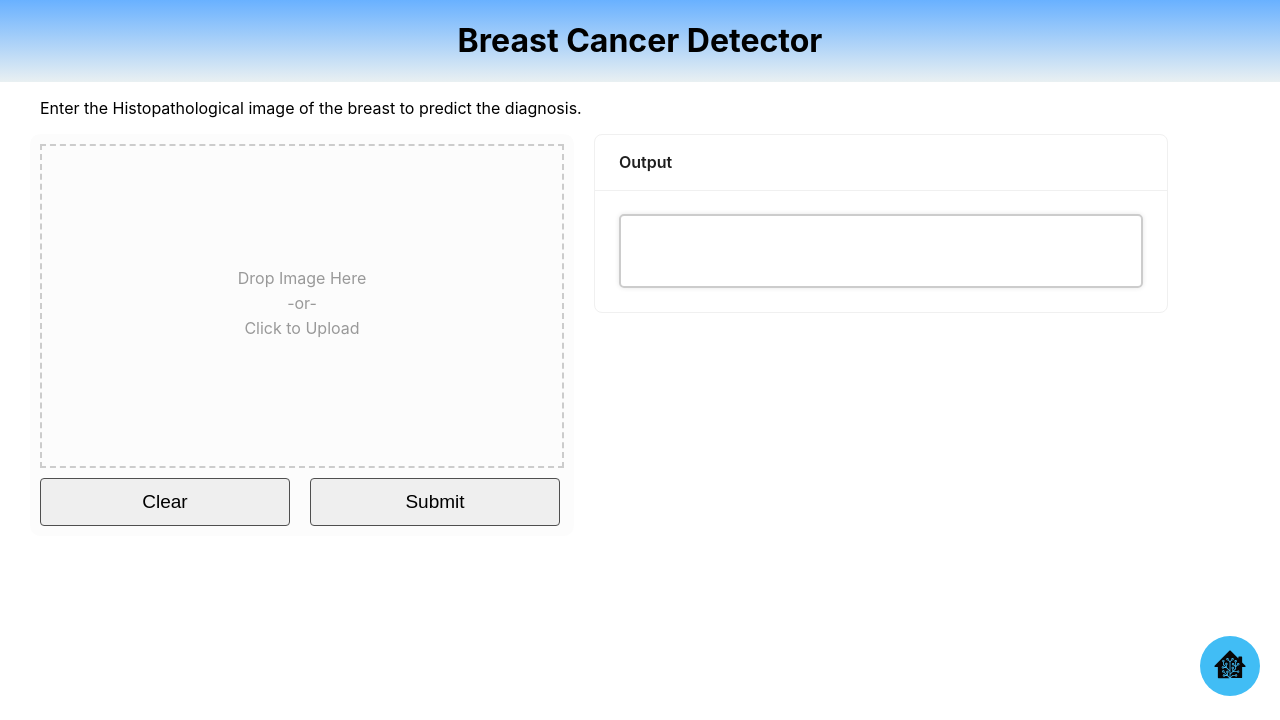
Repository: xshamrose/RAYi-AI
Page: /BreastCancerDetector-app (app in client/)
These files come from the project's save history. The page is drawn as it stood at one moment and after the next save; the edit follows.
The browser window is 1280 px wide. The pictures show the whole page.
The project was rebuilt for these pictures with package versions that can differ from the ones it lists, and the page was loaded fresh each time. Also part of the build but not shown: client/src/App.css, client/src/pages/Home.js, client/src/pages/home.css, client/src/pages/Chatbox.js.

Above is the page before, as saved 2024-03-09 17:41:53.

After the next save:
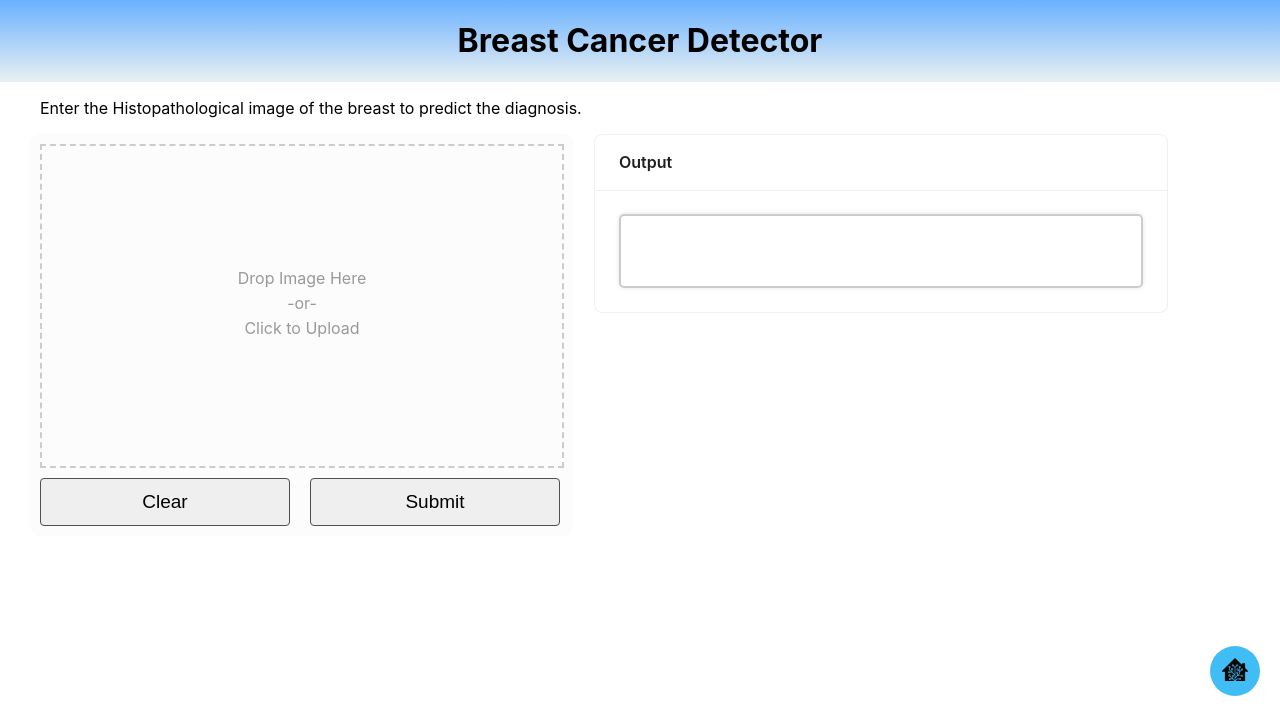
Saved 94 s later.
--- a/client/src/pages/Candetect.js
+++ b/client/src/pages/Candetect.js
@@ -162,7 +162,7 @@
       <div className="ask-me-icon">
       <div class="tooltip-container">
   <span class="tooltip">Ask AI</span>
-  <span class="text" onClick={handleAipage}><img alt="Ai" src={ai} style={{height:"60px"}} /></span>
+  <span class="text" onClick={handleAipage}><img alt="Ai" src={ai} style={{height:"50px"}} /></span>
 </div>
 
     </div>
